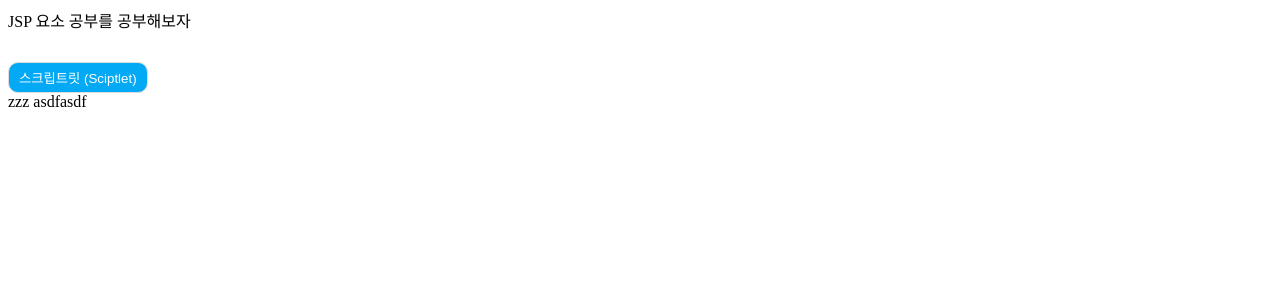
Repository: hyejux/JSP_STUDY
Page: http://localhost/JSPPractice2/
These files come from the project's save history. The page is drawn as it stood at one moment and after the next save; the edit follows.
The browser window is 1280 px wide. The pictures show the whole page.
The page is served by Tomcat 9. Other server files are loaded and not shown.

Above is the page before, as saved 2025-01-07 14:52:12.

### JSPPractice2/src/main/webapp/index.jsp
<%@ page language="java" contentType="text/html; charset=UTF-8"
    pageEncoding="UTF-8"%>
<!DOCTYPE html>
<html>
<head>
<meta charset="UTF-8">
<title>JSP 요소 공부 </title>
<link rel="stylesheet" type="text/css" href="css/style.css">
</head>
<body>

	<div> JSP 요소 공부를 공부해보자 </div>
<button type="button" onclick = "location.href='JSP_ex1.jsp'"> 스크립트릿 (Sciptlet) </button>
<div> </div>zzz asdfasdf
</body>
</html>

### JSPPractice2/src/main/webapp/css/style.css
.info{
	color : #2196f3;
	font-weight: bold;
}

button {
	border: 1px solid #ddd;
    color: #ffffff;
    border-radius: 10px;
    padding: 5px 10px;
    background: #03A9F4;
    margin-top: 30px;
}

After the next save:
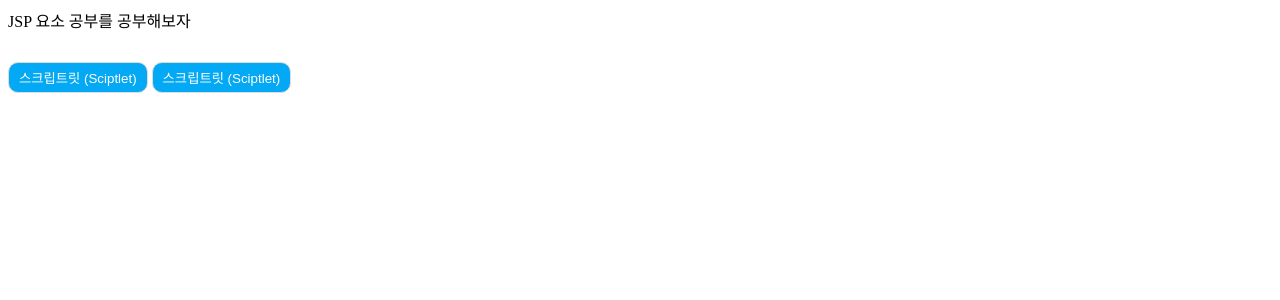
Saved 2 s later.
--- a/JSPPractice2/src/main/webapp/index.jsp
+++ b/JSPPractice2/src/main/webapp/index.jsp
@@ -11,6 +11,7 @@
 
 	<div> JSP 요소 공부를 공부해보자 </div>
 <button type="button" onclick = "location.href='JSP_ex1.jsp'"> 스크립트릿 (Sciptlet) </button>
-<div> </div>zzz asdfasdf
+<button type="button" onclick = "location.href='JSP_ex2.jsp'"> 스크립트릿 (Sciptlet) </button>
+
 </body>
 </html>
